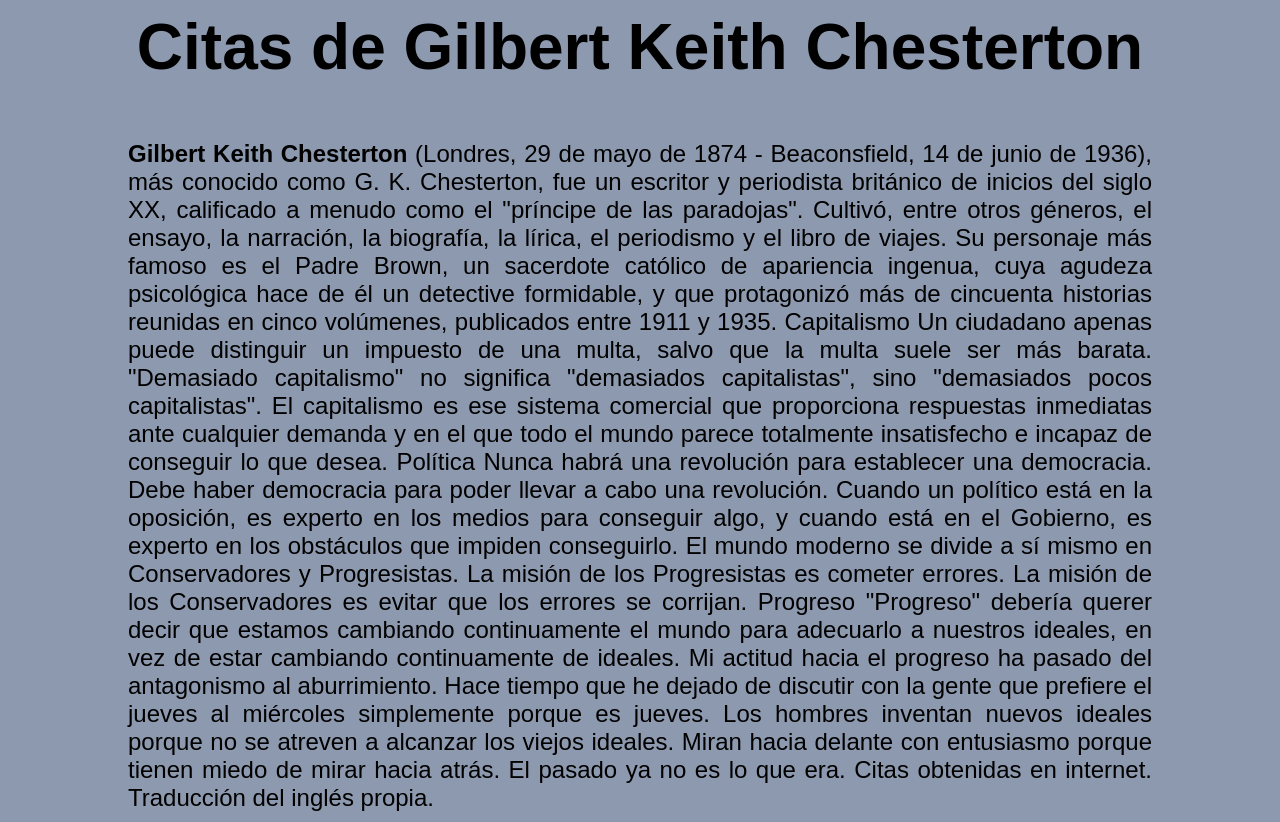
Repository: EmilyMachuca-Developer/Advanced-Programming-Projects
Page: index.html
These files come from the project's save history. The page is drawn as it stood at one moment and after a run of saves; the edit follows.
The browser window is 1280 px wide. The pictures show the whole page.

Above is the page before, as saved 2024-02-26 20:20:39.

After the next 3 saves:
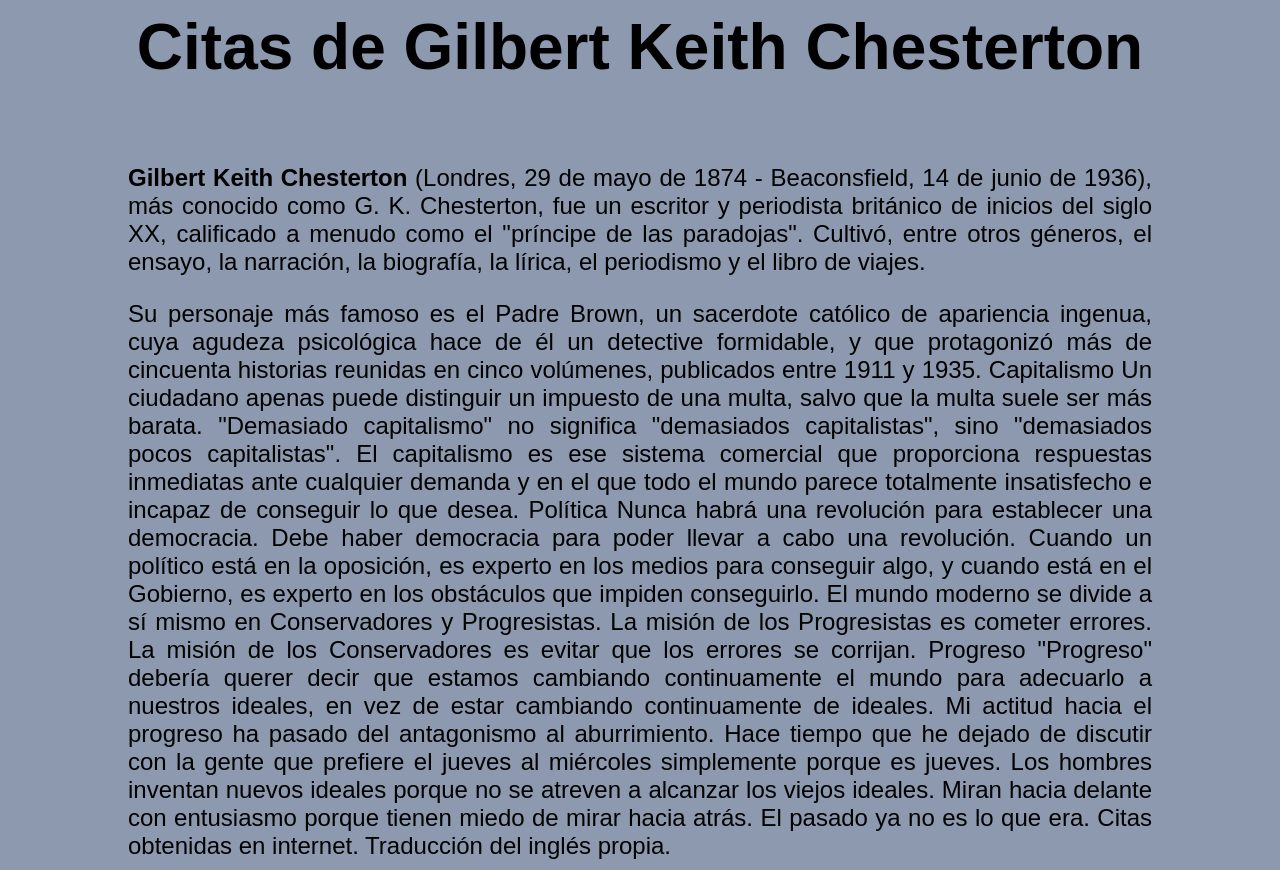
The 3 saves are shown as one change because they came seconds apart.
The last was saved 51 s later.
--- a/index.html
+++ b/index.html
@@ -8,7 +8,7 @@
 <body>
 <h1>Citas de Gilbert Keith Chesterton</h1> <br><br>
 
-<strong>Gilbert Keith Chesterton</strong> (Londres, 29 de mayo de 1874 - Beaconsfield, 14 de junio de 1936), más conocido como G. K. Chesterton, fue un escritor y periodista británico de inicios del siglo XX, calificado a menudo como el "príncipe de las paradojas". Cultivó, entre otros géneros, el ensayo, la narración, la biografía, la lírica, el periodismo y el libro de viajes.
+<p><strong>Gilbert Keith Chesterton</strong> (Londres, 29 de mayo de 1874 - Beaconsfield, 14 de junio de 1936), más conocido como G. K. Chesterton, fue un escritor y periodista británico de inicios del siglo XX, calificado a menudo como el "príncipe de las paradojas". Cultivó, entre otros géneros, el ensayo, la narración, la biografía, la lírica, el periodismo y el libro de viajes.</p>
 
 Su personaje más famoso es el Padre Brown, un sacerdote católico de apariencia ingenua, cuya agudeza psicológica hace de él un detective formidable, y que protagonizó más de cincuenta historias reunidas en cinco volúmenes, publicados entre 1911 y 1935.
 
